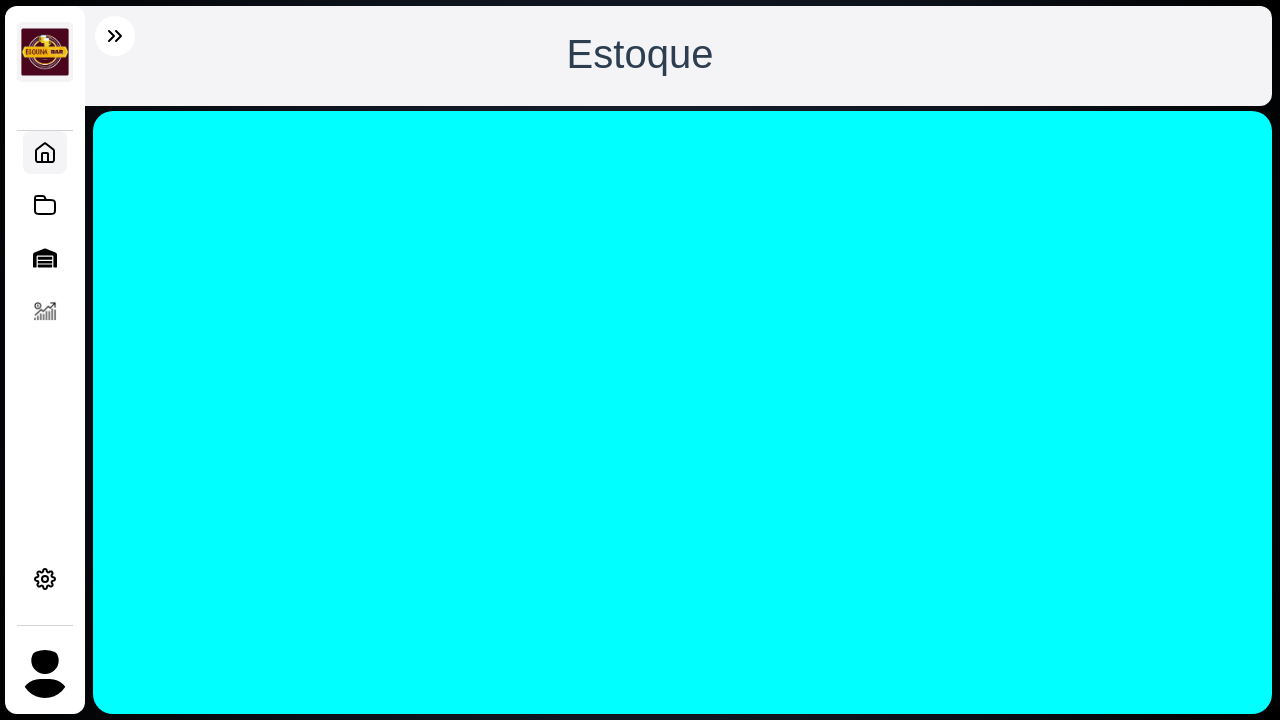
Repository: jazaoo13/Projeto_Oficina_Integracao
Page: / (app in Aplicacao_vue/)
The author's editor kept a copy of each file at every save. The page is drawn from the files as they stood at one save, then again after the next save.
The browser window is 1280 px wide. The page is 1287 px wide, so the pictures cover 1287 px, including what lies to the right of the window. The pictures show the whole page.
The page's requests for data from a server got no answer. The project was rebuilt for these pictures with package versions that can differ from the ones it lists, and the page was loaded fresh each time. No one was signed in, and anything a server would have sent is missing. Also part of the build but not shown: Aplicacao_vue/vue.config.js, Aplicacao_vue/src/View/jazao.vue.

Above is the page before, as saved 2023-11-19 14:41:54.

### Aplicacao_vue/public/index.html
<!DOCTYPE html>
<html lang="">
  <head>
    <meta charset="utf-8">
    <meta name="viewport" content="width=device-width, initial-scale=1">
    <meta http-equiv="X-UA-Compatible" content="IE=edge">
    <meta name="viewport" content="width=device-width,initial-scale=1.0">
    <link rel="icon" href="<%= BASE_URL %>favicon.ico">
    <link href="https://cdn.jsdelivr.net/npm/bootstrap@5.3.2/dist/css/bootstrap.min.css" rel="stylesheet" integrity="sha384-T3c6CoIi6uLrA9TneNEoa7RxnatzjcDSCmG1MXxSR1GAsXEV/Dwwykc2MPK8M2HN" crossorigin="anonymous">
    <title>Controle de Bebidas</title>
  </head>
  <body>
    <script src="https://cdn.jsdelivr.net/npm/bootstrap@5.3.2/dist/js/bootstrap.bundle.min.js" integrity="sha384-C6RzsynM9kWDrMNeT87bh95OGNyZPhcTNXj1NW7RuBCsyN/o0jlpcV8Qyq46cDfL" crossorigin="anonymous"></script>
    <div id="app"></div>
    <!-- built files will be auto injected -->
  </body>
</html>

### Aplicacao_vue/src/main.js
import Vue from 'vue'
import App from './App.vue'
import {BootstrapVue, IconsPlugin} from 'bootstrap-vue';
import 'font-awesome/css/font-awesome.css';
import 'bootstrap-vue/dist/bootstrap-vue.css'
import 'bootstrap/dist/css/bootstrap.css'
import router from './router'
import Vuex from 'vuex'
import store from './store'

Vue.config.productionTip = false
Vue.use(BootstrapVue);
Vue.use(IconsPlugin);
Vue.use(Vuex);

new Vue({
  router,
  store,
  render: h => h(App)
}).$mount('#app')

### Aplicacao_vue/src/router/index.js
import Vue from 'vue'
import VueRouter from 'vue-router'
import Home from '../View/Home.vue'
import jazao_component from '../View/jazao.vue'
Vue.use(VueRouter)

const routes = [
  {
    path: '/',
    name: 'home',
    component: Home
  },
  {
    path: '/jazao',
    name: 'Jazao',
    component: jazao_component
    //component: () => import(/* webpackChunkName: "about" */ '../View/HomeTeste.vue')
  },

]

const router = new VueRouter({
  mode: 'history',
  base: process.env.BASE_URL,
  routes
})

export default router

### Aplicacao_vue/src/store.js
import Vue from 'vue'
import Vuex from 'vuex'

Vue.use(Vuex)

const store = new Vuex.Store({
    data(){
        return{
            isActive: false
        }
    },
    state: {
        count: 0,
        isActive: false
    },
    mutations: {
        increment(state) {
            state.count++
        },
        setIsActive(state){
            state.isActive = !state.isActive
        }
    },

})
export default store

### Aplicacao_vue/src/View/Home.vue
<template>
    <div class="bodyClass">
        <div class="container-fluid">
            <div class="row">
                <Sidebar></Sidebar>
            </div>
            <div class="content-container">
                <HeaderPage></HeaderPage>
                <EstoqueView></EstoqueView>
            </div>
        </div>

    </div>
</template>

<script>
import axios from 'axios';
import Sidebar from './Sidebar.vue';
import HeaderPage from './Header.vue'
import EstoqueView from '../components/EstoqueView.vue'
export default {
    name: 'HomePage',
    components: {
        Sidebar,
        HeaderPage,
        EstoqueView
    },
    data() {
        return {
            lstApi: '',
        };
    },
    methods: {
        chamar_api() {
            let url = 'https://catfact.ninja/fact';
            axios
                .get(url, {

                })
                .then((resposta) => {
                    this.lstApi = resposta
                })
                .catch((erro) => console.log(erro));
        },
    },
    mounted() {
        this.chamar_api()
    },
};
</script>

<style lang="scss" scoped>
.bodyClass {
    height: 100vh;
    background: radial-gradient(circle at 50% 50%, #192233 20%, #000);
    padding: 0.375rem;
    font-family: Poppins, sans-serif;
    display: flex;
}
.container-fluid {
  flex: 1;
  display: flex;
  flex-direction: column;
  padding-right: 2px;
  padding-left: 2px;
}
.row {
  display: flex;
  flex: 1;
}
.content-container {
  display: flex;
  flex-direction: column;
  flex: 1500;
}
</style>

### Aplicacao_vue/src/View/Sidebar.vue
<template>
    <div>
        <nav :class="{ 'isActive': this.$store.state.isActive }">
            <div class="sidebar-header" :class="{ 'isActive': this.$store.state.isActive }">
                <a class="logo-wrapper">
                    <img src="@/assets/logo_esquina.png" alt="Logo" :class="{ 'isActive': this.$store.state.isActive }">
                    <h2 :class="{ 'isActive': this.$store.state.isActive }">Bar da Esquina</h2>
                </a>
                <button class="toggle-btn" @click="toggle()">
                    <img src="../assets/expand.svg" alt="expand button">
                </button>
            </div>

            <div class="sidebar-links" :class="{ 'isActive': this.$store.state.isActive }">
                <a class="link active">
                    <img src="../assets/home.svg" alt="">
                    <span :class="{ 'isActive': this.$store.state.isActive }">Home</span>
                </a>
                <a class="link">
                    <img src="../assets/projects.svg" alt="">
                    <span :class="{ 'isActive': this.$store.state.isActive }">Cadastro</span>
                </a>
                <a class="link">
                    <img src="../assets/estoque.svg" alt="">
                    <span :class="{ 'isActive': this.$store.state.isActive }">Estoque</span>
                </a>
                <a class="link">
                    <img src="../assets/vendas.png" alt="">
                    <span :class="{ 'isActive': this.$store.state.isActive }">Vendas</span>
                </a>
            </div>


            <div class="sidebar-bottom" :class="{ 'isActive': this.$store.state.isActive }">
                <div class="sidebar-links" :class="{ 'isActive': this.$store.state.isActive }">
                    <a class="link">
                        <img src="../assets/settings.svg" alt="">
                        <span :class="{ 'isActive': this.$store.state.isActive }">Configurações</span>
                    </a>
                </div>

                <div class="user-profile" :class="{ 'isActive': this.$store.state.isActive }">
                    <div class="user-avatar">
                        <img src="../assets/user.svg" alt="">
                    </div>
                    <div class="user-details" :class="{ 'isActive': this.$store.state.isActive }">
                        <p class="username">Usuario</p>
                        <p class="user-email">email@gmail.com</p>
                    </div>
                </div>
            </div>
        </nav>
    </div>
</template>

<script>
import store from '../store';
import { mapState } from 'vuex'
export default {
    name: "SiderBar",
    store,
    components: {
    },
    data() {
        return {
            //isActive:false,
            // imagens:{
            //     imagem1: url=''
            // }
            //array de objetos para os botoes laterais
        }
    },
    methods: {
        Abre_Cadastro() {

        },
        computed: {
            ...mapState(['isActive'])

        },
        toggle() {
            this.$store.commit('setIsActive');

            const toggleBtn = document.querySelector(".toggle-btn");
            toggleBtn.style.transform = this.$store.state.isActive ? "rotate(180deg)" : "rotate(0deg)";
        },
    },
    mounted() {

    },
}
</script>


<style lang="scss">
*,
*::before,
*::after {
    margin: 0;
    padding: 0;
    box-sizing: border-box;
}

button,
a {
    all: unset;
    font: inherit;
    cursor: pointer;
    text-decoration: none !important;
}

a:hover {
    color: inherit !important;
}

nav {
    position: fixed;
    width: 5rem;
    height: calc(100vh - 0.75rem);
    background-color: #ffffff;
    padding: 1rem 0.75rem;
    border-radius: 0.75rem;
    display: flex;
    flex-direction: column;
    transition: width 500ms ease;

    &.isActive {
        width: 15rem;
    }
}

h2 {
    display: none;

    &.isActive {
        display: inline;
        font-size: 1.5rem;
    }
}

.sidebar-header,
.sidebar-links {
    display: flex;
    justify-content: center;
    align-items: center;
    overflow: hidden;
    flex-direction: column;
    margin-bottom: auto;
    gap: 0.6rem;
    padding-bottom: 1.5rem;
    &.isActive {
        justify-content: start;
        align-items: stretch;
    }
}
// .sidebar-links {
//     flex-direction: column;
//     margin-bottom: auto;
//     gap: 0.6rem;
//     padding-bottom: 1.5rem;
// }
.sidebar-header {
    margin-bottom: 1.5rem;

    &.isActive {
        justify-content: start;
        align-items: stretch;
    }
}

.logo-wrapper {
    display: flex;
    justify-content: start;
    align-items: center;
    gap: 1.25rem;
    text-decoration: none !important;
}

a.logo-wrapper:hover {
    color: inherit !important;
}

.logo-wrapper>img {
    width: 60px;
    height: 60px;
    background-color: #f4f4f6;
    padding: 0.4rem;
    border-radius: 0.5rem;

    &.isActive {
        width: 100px;
        height: 100px;
    }
}

nav>.sidebar-links {
    border-top: 1px solid rgb(211, 211, 211);
}

.link {
    display: flex;
    padding: 0.6rem;
    border-radius: 0.5rem;
    gap: 1.5rem;
}

span {
    display: none;

    &.isActive {
        display: inline;
    }
}

.link:hover,
.link.active:hover {
    background-color: #e4e4e8;
}

.link.active {
    background-color: #f4f4f6;
}

.link>img {
    width: 24px;
    height: 24px;
}

.sidebar-bottom .sidebar-links {
    padding-bottom: 1.5rem;
}

.toggle-btn {
    position: absolute;
    top: 10px;
    right: -50px;
    padding: 0.5rem;
    background-color: #fff;
    border-radius: 50%;
    display: flex;
    justify-content: center;
    align-items: center;
    transition: transform 0.25s ease;
}

.user-profile {
    display: flex;
    justify-content: center;
    align-items: center;
    gap: 1.5rem;
    padding-top: 1.5rem;
    border-top: 1px solid rgb(211, 211, 211);

    &.isActive {
        justify-content: start;
        align-items: stretch;
    }
}

.user-avatar {
    width: 48px;
    height: 48px;
    cursor: pointer;
    transition: scale 0.2s ease;
}

.user-avatar img {
    width: 100%;
    height: 100%;
    border-radius: 50%;
    object-fit: cover;
}

.user-avatar:hover {
    scale: 1.1;
}

.user-details {
    align-self: center;
    overflow: hidden;
    display: none;

    .username {
        font-size: 0.85rem;
        font-weight: 600;
    }

    .user-email {
        font-size: 0.8rem;
    }

    &.isActive {
        display: inline;
    }

}</style>

### Aplicacao_vue/src/View/Header.vue
<template>
    <div>
        <div class="header" :class="{ 'isActive': this.$store.state.isActive }">
        <h1 class="titulo">Estoque</h1>
        </div>
    </div>
</template>

<script>
import { mapState } from 'vuex'
export default {
    name: "HeaderPage",
    data() {
        return {
            //isActive: false,
        }
    },
    computed: {
        ...mapState(['isActive'])

    },
}
</script>

<style lang="scss" scoped>
.header {
    //width: calc(100% - 85px);
    background-color: #f4f4f6;
    border-radius: 0.75rem;
    height: 100px;
    margin-left:auto;
    transition: width 500ms ease ;
    &.isActive{
        //width:calc(100% - 245px);
        transition: width 500ms ease ;
    }
}
.titulo{
    height: 100%;
    padding-top: 1.5rem;
}

// .header{

// }
</style>

### Aplicacao_vue/src/components/EstoqueView.vue
<template>
    <div class="backPage" :class="{ 'isActive': this.$store.state.isActive }">

    </div>
</template>

<script>
import store from '../store';
import { mapState } from 'vuex'
    export default {
        name:"EstoqueView",
        store,
        methods: {
        computed: {
            ...mapState(['isActive'])

        }
    },
    }
</script>

<style lang="scss" scoped>
.backPage{
    background-color: aqua;
    width: calc(100% - 85px);
    margin-left: auto;
    border-radius: 20px;
    margin-top: 5px;
    height: calc(100% - 10px);
    transition: width 500ms ease ;
    &.isActive{
        width:calc(100% - 245px);
        transition: width 500ms ease ;
    }
}
</style>

Loaded but not shown: Aplicacao_vue/src/App.vue (common file)

After the next save:
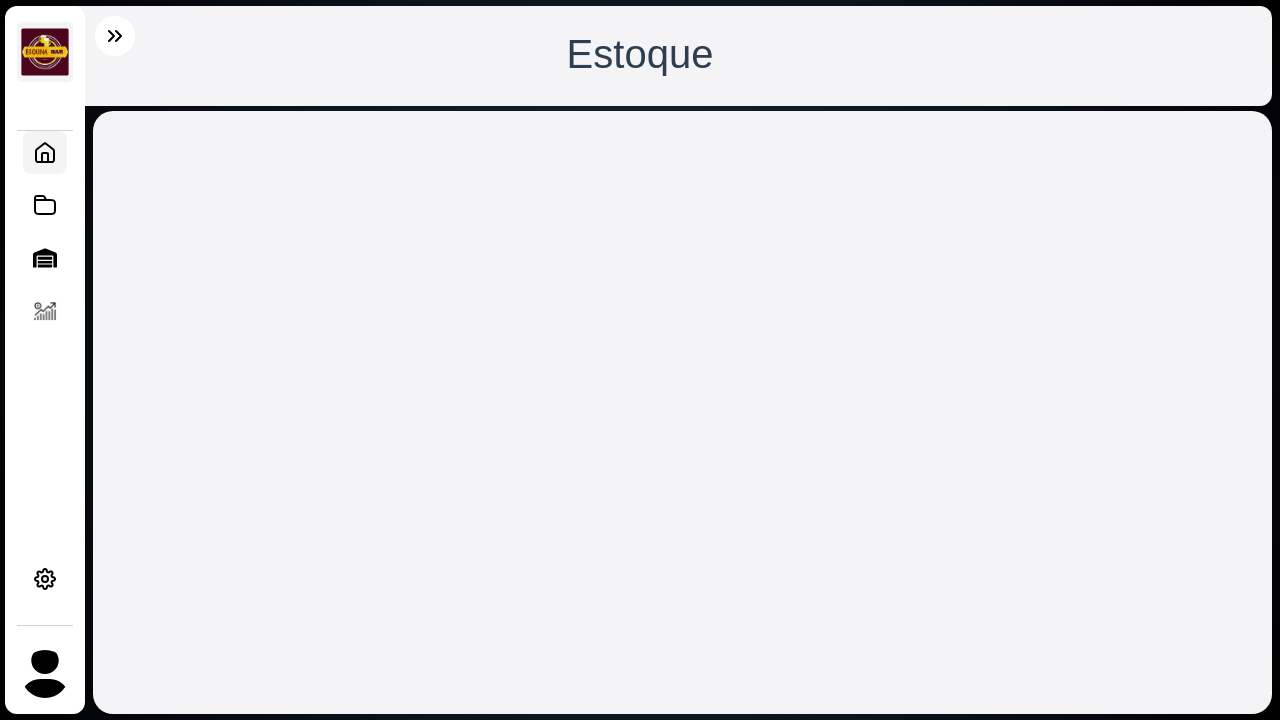
Saved 31 s later.
--- a/Aplicacao_vue/src/components/EstoqueView.vue
+++ b/Aplicacao_vue/src/components/EstoqueView.vue
@@ -21,7 +21,7 @@ import { mapState } from 'vuex'
 
 <style lang="scss" scoped>
 .backPage{
-    background-color: aqua;
+    background-color: #f4f4f6;
     width: calc(100% - 85px);
     margin-left: auto;
     border-radius: 20px;
